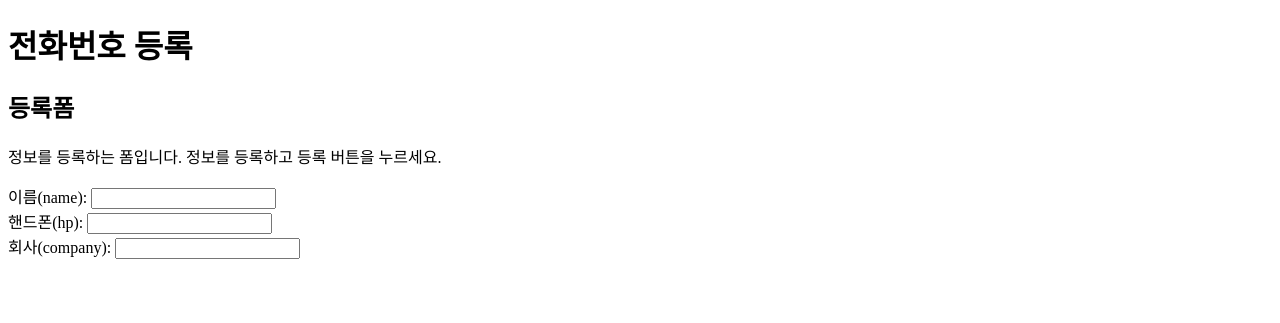
Repository: Kwonharu/workspace-web
Page: http://localhost/phonebook2/writeForm.jsp
The author's editor kept a copy of each file at every save. The page is drawn from the files as they stood at one save, then again after the next save.
The browser window is 1280 px wide. The pictures show the whole page.
The page is served by Tomcat 9. Other server files are loaded and not shown.

Above is the page before, as saved 2023-09-04 08:20:33.

### phonebook2/WebContent/writeForm.jsp
<%@ page language="java" contentType="text/html; charset=UTF-8"
    pageEncoding="UTF-8"%>
<!DOCTYPE html>
<html>
<head>
<meta charset="UTF-8">
<title>Insert title here</title>
</head>
<body>
	<h1>전화번호 등록</h1>
	<h2>등록폼</h2>

	<p>정보를 등록하는 폼입니다. 정보를 등록하고 등록 버튼을 누르세요.</p>

	이름(name): <input type="text"><br>
	핸드폰(hp): <input type="text"><br>
	회사(company): <input type="text"><br>


</body>
</html>

After the next save:
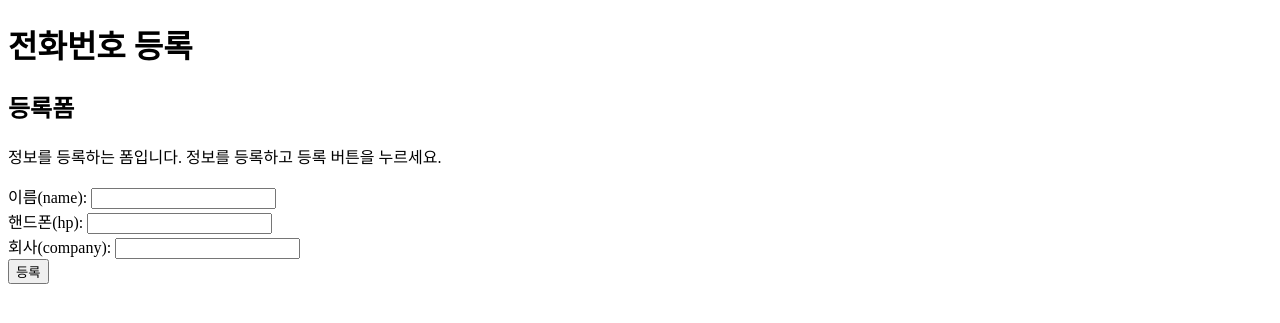
Saved 8 s later.
--- a/phonebook2/WebContent/writeForm.jsp
+++ b/phonebook2/WebContent/writeForm.jsp
@@ -16,6 +16,8 @@
 	핸드폰(hp): <input type="text"><br>
 	회사(company): <input type="text"><br>
 
+	<button>등록</button>
+
 
 </body>
 </html>
